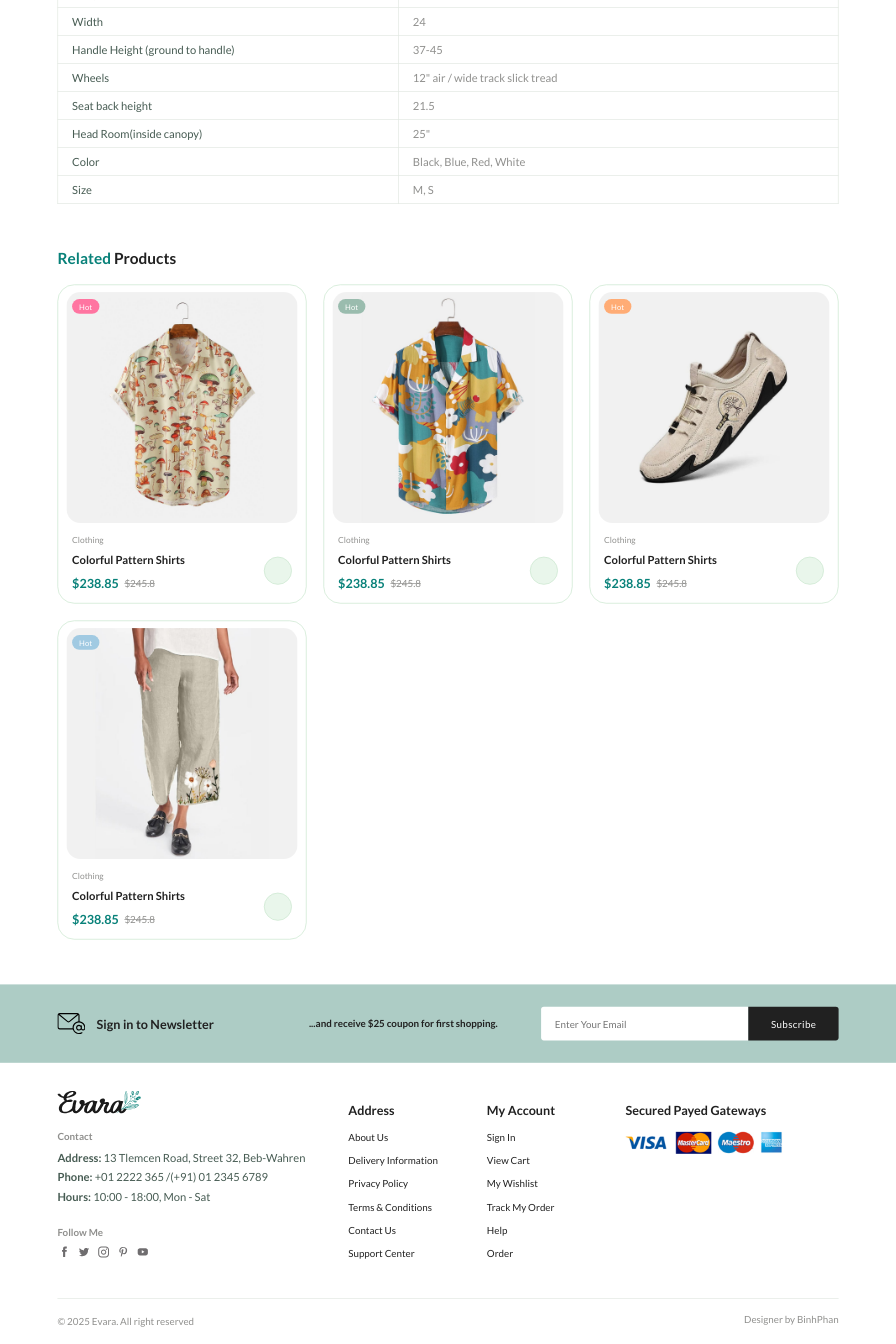
Repository: binhphanbp/evara-ecommerce
Page: details.html
An editor plug-in stored every save of this project. The page is shown before and after the next save, followed by the edit.
The browser window is 1280 px wide. The pictures show the part of the page from y = 715 to 2635 px (the page is 2635 px tall before and 1699 px after), at 70% of full size.
Some icons come from a web library that is not loaded, so they are not drawn.

Above is the page before, as saved 2025-04-16 08:39:32.

After the next save:
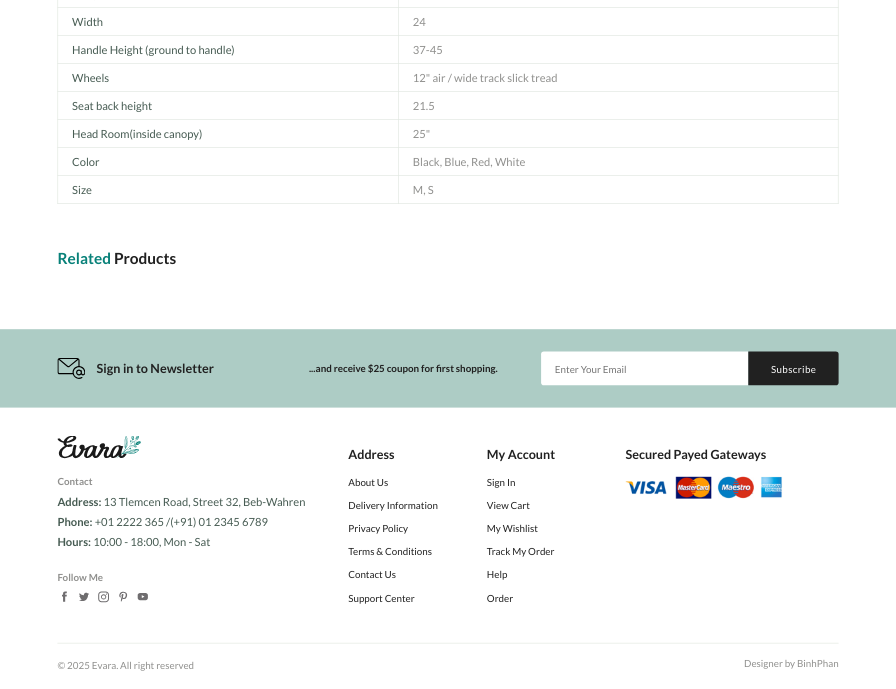
Saved 14 s later.
--- a/details.html
+++ b/details.html
@@ -405,7 +405,7 @@
       <section class="products container section--lg">
         <h3 class="section__title"><span>Related</span> Products</h3>
         <div id="relatedProducts" class="products__container grid">
-          <div class="product__item">
+          <!-- <div class="product__item">
             <div class="product__banner">
               <a href="details.html" class="product__images">
                 <img
@@ -612,7 +612,7 @@
                 <i class="fi fi-rs-shopping-bag-add"></i>
               </a>
             </div>
-          </div>
+          </div> -->
         </div>
       </section>
 
